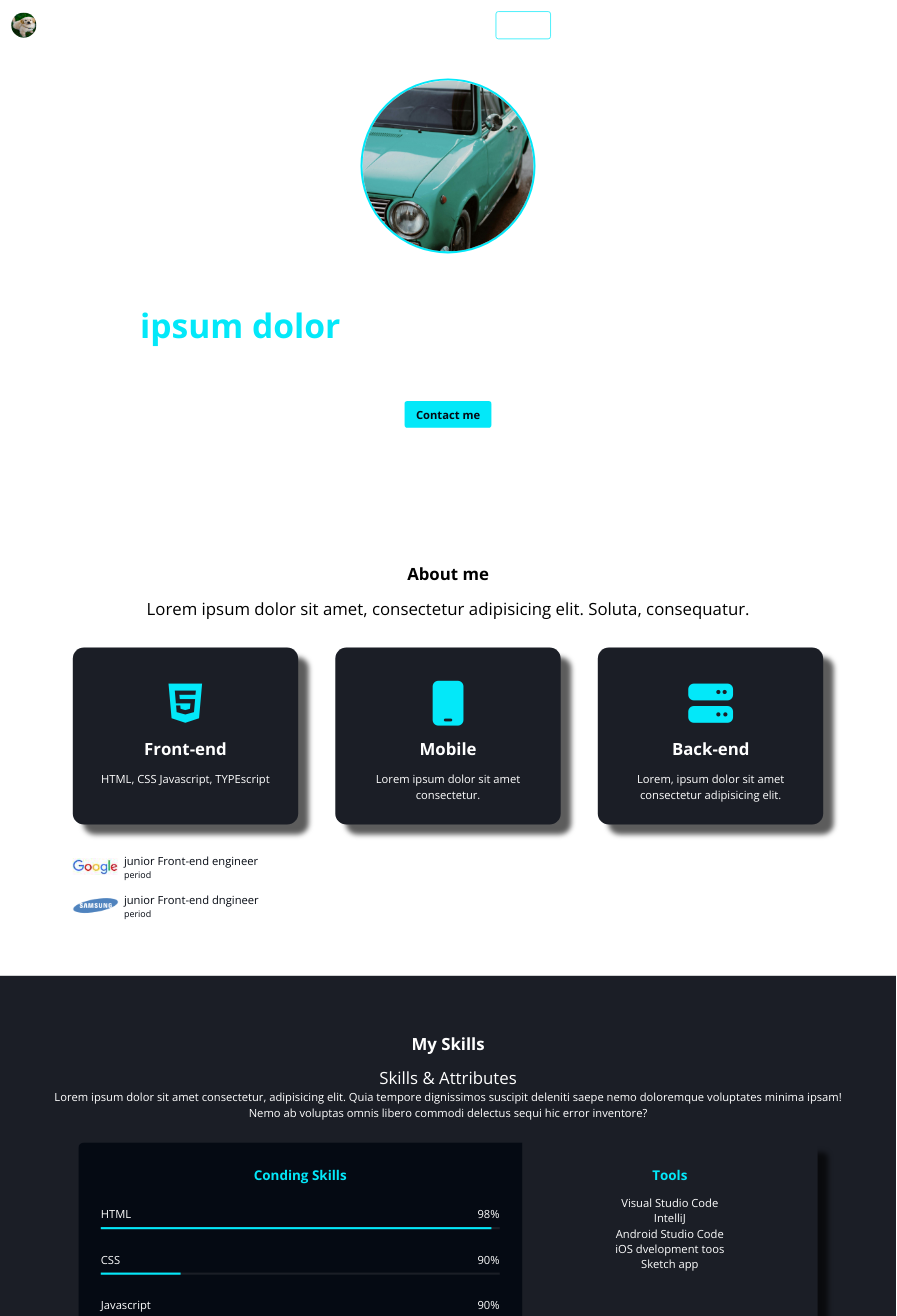
Repository: Arden-Sol/portfolio-website-clone-coding
Page: index.html
The author's editor kept a copy of each file at every save. The page is drawn from the files as they stood at one save, then again after the next save.
The browser window is 1280 px wide. The page is 1281 px wide, so the pictures cover 1281 px, including what lies to the right of the window. The pictures show the part of the page from y = 0 to 1880 px (the page is 4153 px tall), at 70% of full size.
Some web libraries are served in a nearby version.

Above is the page before, as saved 2024-04-07 00:28:31.

After the next save:
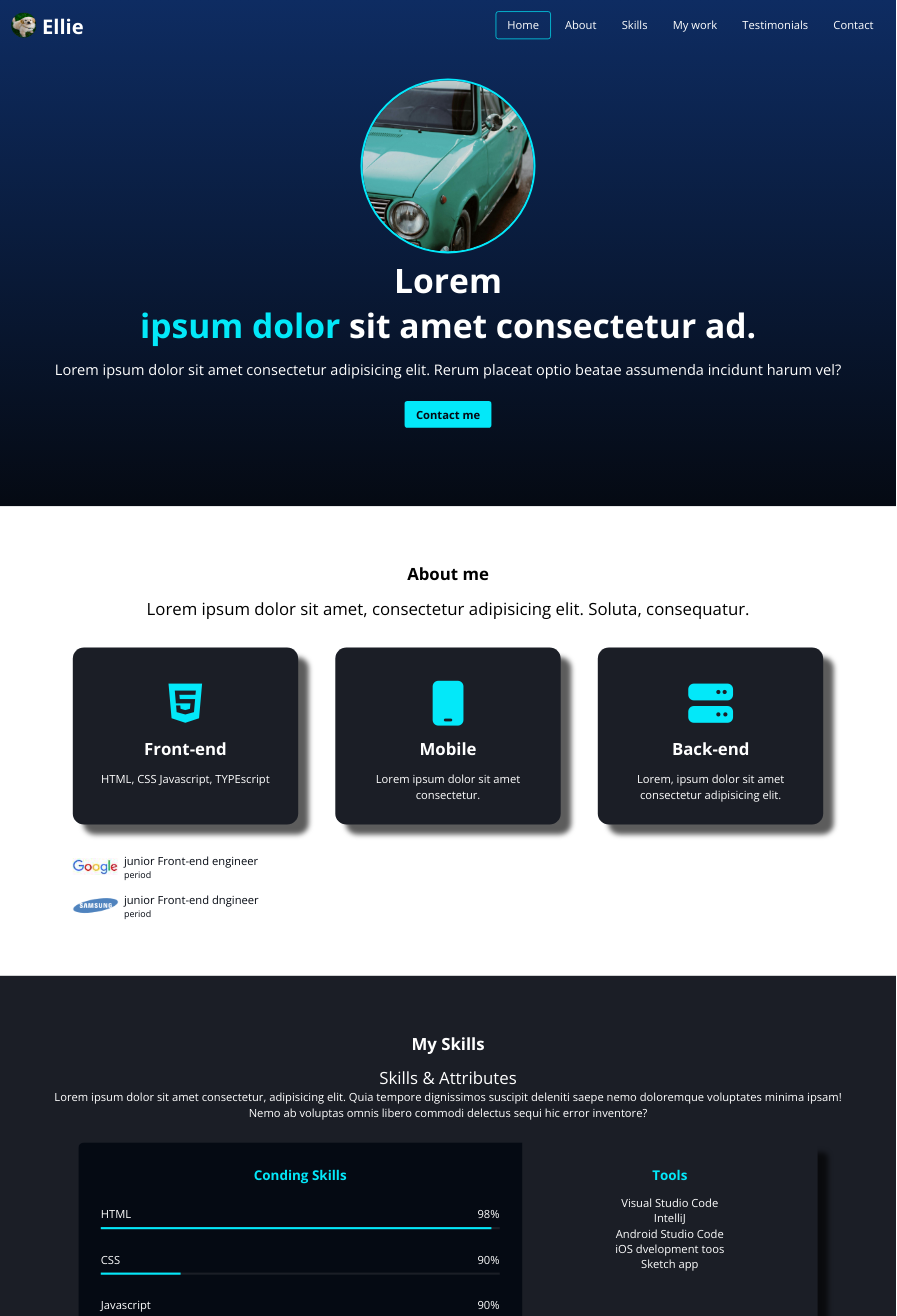
Saved 18 s later.
--- a/css/style.css
+++ b/css/style.css
@@ -134,7 +134,7 @@
 #home{
   position: relative;
   background-color: var(--color-primary);
-  background-color: var(--home-bg-gradient);
+  background: var(--home-bg-gradient);
   color: var(--color-text);
   padding : 5rem 1rem;
   padding-top: 7rem;
